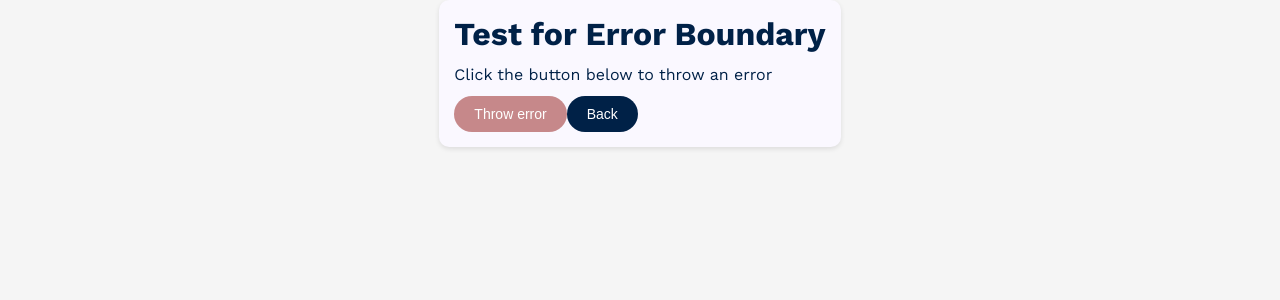
Repository: blessingpeters/myGithub
Page: /errortestpage
These files come from the project's save history. The page is drawn as it stood at one moment and after the next save; the edit follows.
The browser window is 1280 px wide. The pictures show the whole page.
The project was rebuilt for these pictures with package versions that can differ from the ones it lists, and the page was loaded fresh each time. Also part of the build but not shown: src/components/Pagination.jsx, src/components/Repos.jsx, src/components/GithubProfile.jsx, src/components/Nav.jsx, src/pages/Home.jsx, src/pages/RepoPage.jsx, src/pages/NotFound.jsx, src/components/ErrorFallback.jsx.

Above is the page before, as saved 2022-11-02 19:36:51.

After the next save:
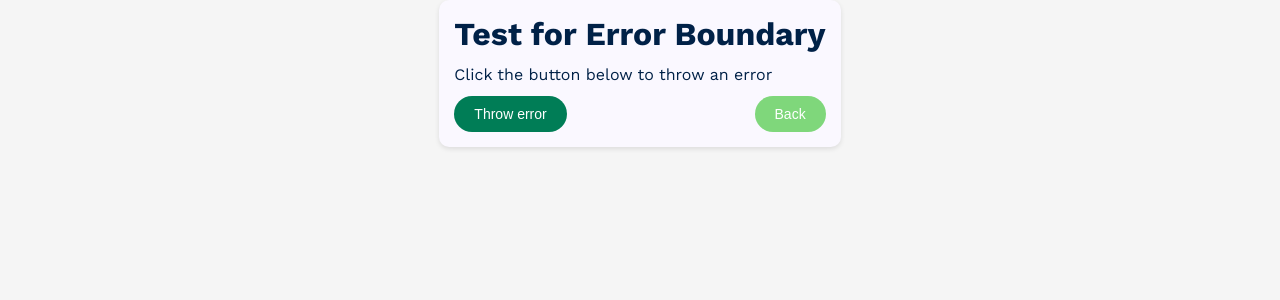
Saved 70 min 6 s later.
--- a/src/pages/ErrorTestPage.jsx
+++ b/src/pages/ErrorTestPage.jsx
@@ -26,11 +26,16 @@ function ErrorTest (){
                 <div className='repo'>
                     <h1>Test for Error Boundary</h1>
                     <p>Click the button below to throw an error</p>
-                    <button className="repo-items" onClick={() => {
-                        throw new Error('Error thrown from button click')
-                        }}>Throw error</button>
+                    <div className='flex'>
+                        <button className="repo-items" onClick={() => {
+                            throw new Error('Error thrown from button click')
+                            }}>Throw error
+                        </button>
+                        <button className="repo-items" onClick={goBack}>Back</button>
+                    </div>
 
-                    <button className="repo-items" onClick={goBack}>Back</button>
+
+
                 </div>
 
 
